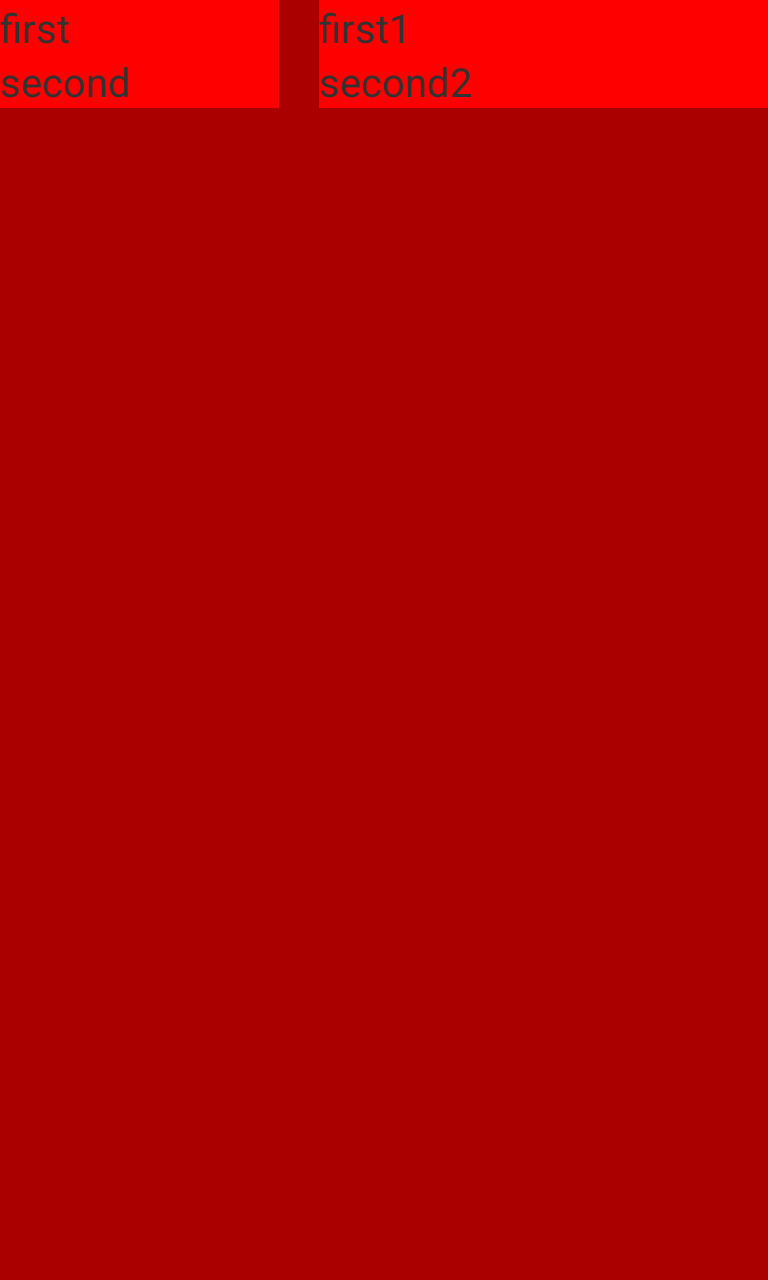
Repository: mrhanliang/Android_4.2
Layout: S01_E12_LinearLayout/res/layout/activity_main.xml
An editor plug-in stored every save of this project. The layout is shown before and after the next save, followed by the edit.
It is drawn on a 768 x 1280 px phone screen (xhdpi) without system bars, with theme AppTheme; the app's code is not run.

Above is the layout before, as saved 2015-12-01 14:04:25.

### S01_E12_LinearLayout/res/layout/activity_main.xml
<LinearLayout xmlns:android="http://schemas.android.com/apk/res/android"
    xmlns:tools="http://schemas.android.com/tools"
    android:layout_width="match_parent"
    android:layout_height="match_parent"
	android:background="#AA0000"
	android:orientation="horizontal"
    tools:context="cn.cqupt.s01_e12_linearlayout.MainActivity" >

    <LinearLayout
        android:layout_width="wrap_content"
        android:layout_height="wrap_content"
        android:orientation="vertical"
        android:layout_weight="1"
        android:layout_marginRight="20dp"
        android:background="#FF0000"
        >
        <TextView
            android:layout_width="wrap_content"
            android:layout_height="wrap_content"
            android:layout_weight="1"
            android:textSize="20dp"
            android:text="first"
            />

        <TextView
            android:layout_width="wrap_content"
            android:layout_height="wrap_content"
            android:layout_weight="1"
            android:textSize="20dp"
            android:text="second"
            />

    </LinearLayout>

    <LinearLayout
        android:layout_width="wrap_content"
        android:layout_height="wrap_content"
        android:orientation="vertical"
        android:layout_weight="2"
        android:background="#FF0000"
        >
        <TextView
            android:layout_width="wrap_content"
            android:layout_height="wrap_content"
            android:layout_weight="1"
            android:textSize="20dp"
            android:text="first1"
            />

        <TextView
            android:layout_width="wrap_content"
            android:layout_height="wrap_content"
            android:layout_weight="1"
            android:textSize="20dp"
            android:text="second2"
            />

    </LinearLayout>

</LinearLayout>

Loaded but not shown: S01_E12_LinearLayout/res/values/styles.xml (common file); S01_E12_LinearLayout/res/values-v11/styles.xml (common file); S01_E12_LinearLayout/res/values-v14/styles.xml (common file)

After the next save:
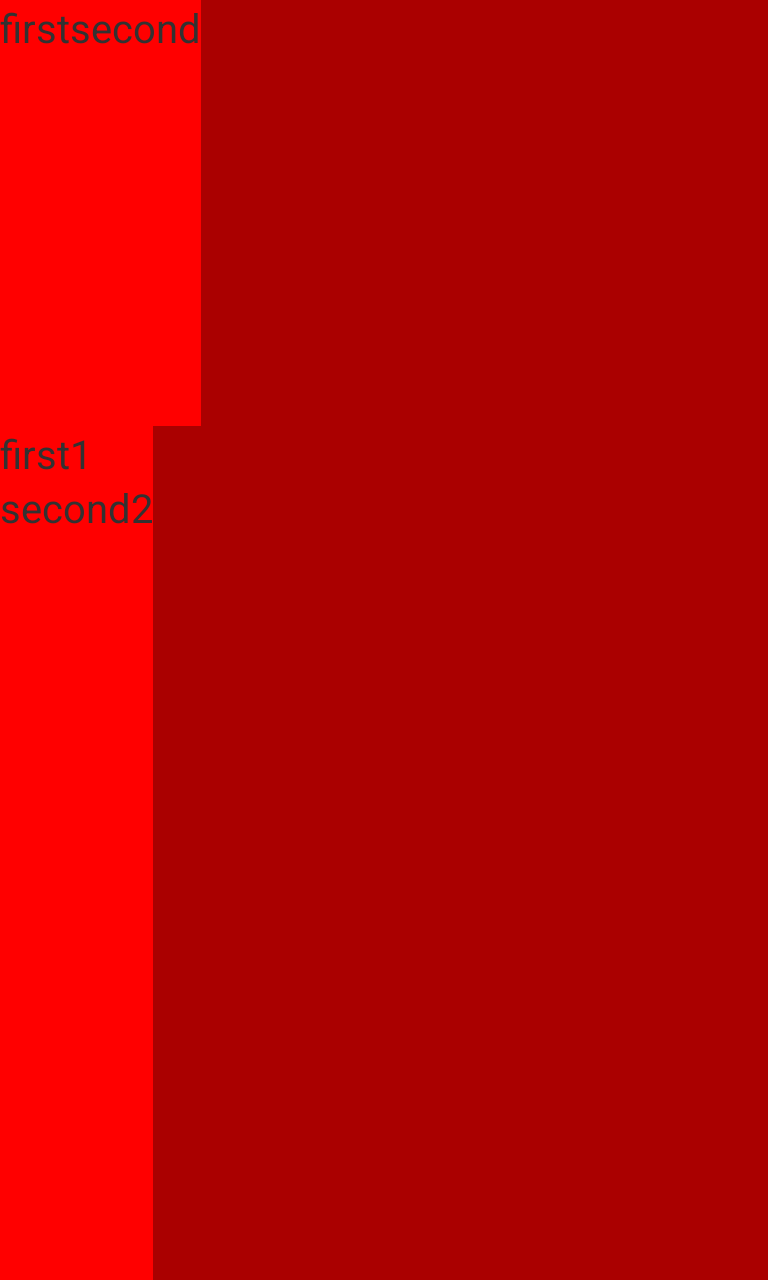
Saved 3 min 17 s later.
--- a/S01_E12_LinearLayout/res/layout/activity_main.xml
+++ b/S01_E12_LinearLayout/res/layout/activity_main.xml
@@ -3,13 +3,13 @@
     android:layout_width="match_parent"
     android:layout_height="match_parent"
 	android:background="#AA0000"
-	android:orientation="horizontal"
+	android:orientation="vertical"
     tools:context="cn.cqupt.s01_e12_linearlayout.MainActivity" >
 
     <LinearLayout
         android:layout_width="wrap_content"
         android:layout_height="wrap_content"
-        android:orientation="vertical"
+        android:orientation="horizontal"
         android:layout_weight="1"
         android:layout_marginRight="20dp"
         android:background="#FF0000"
@@ -17,7 +17,6 @@
         <TextView
             android:layout_width="wrap_content"
             android:layout_height="wrap_content"
-            android:layout_weight="1"
             android:textSize="20dp"
             android:text="first"
             />
@@ -25,7 +24,6 @@
         <TextView
             android:layout_width="wrap_content"
             android:layout_height="wrap_content"
-            android:layout_weight="1"
             android:textSize="20dp"
             android:text="second"
             />
@@ -42,7 +40,6 @@
         <TextView
             android:layout_width="wrap_content"
             android:layout_height="wrap_content"
-            android:layout_weight="1"
             android:textSize="20dp"
             android:text="first1"
             />
@@ -50,7 +47,6 @@
         <TextView
             android:layout_width="wrap_content"
             android:layout_height="wrap_content"
-            android:layout_weight="1"
             android:textSize="20dp"
             android:text="second2"
             />
